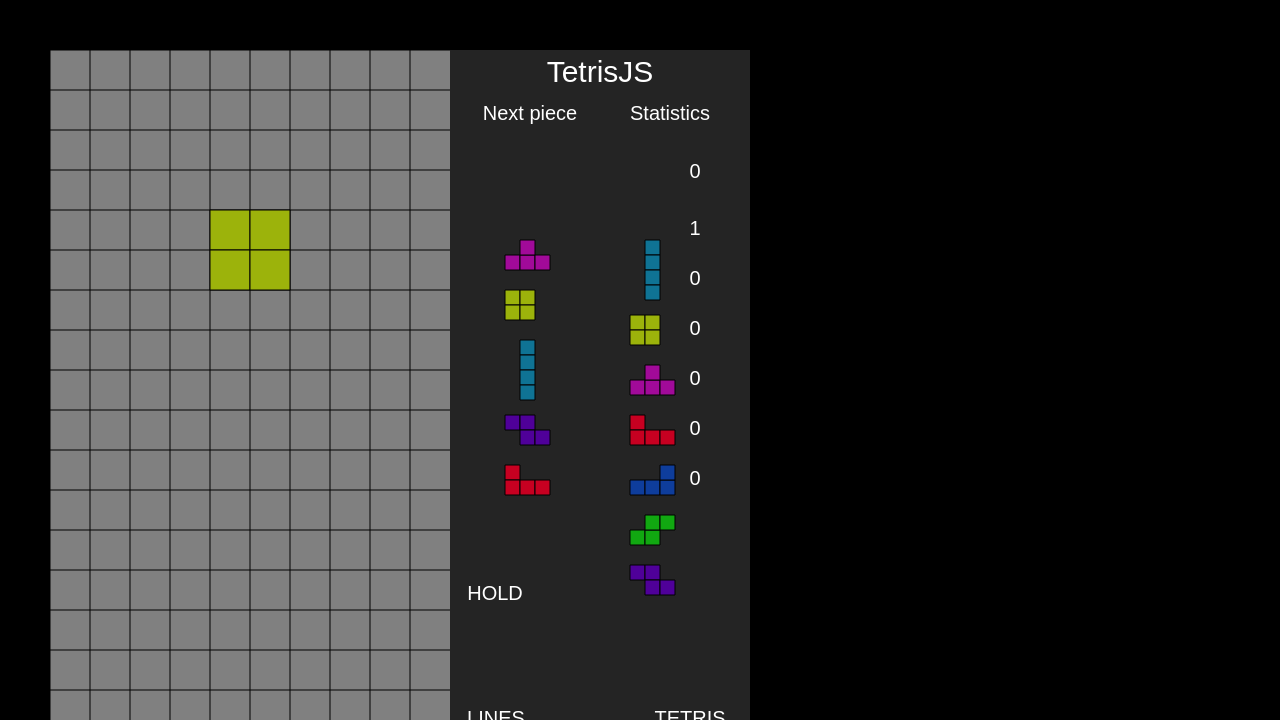
Repository: hosua/TetrisJS
Page: index.html
An editor plug-in stored every save of this project. The page is shown before and after the next save, followed by the edit.
The browser window is 1280 px wide. The pictures show the whole page.

Above is the page before, as saved 2023-11-08 04:48:22.
Console error: ReferenceError: prev_fall_tick is not defined

### index.html
<html lang="en">
	<link rel="stylesheet" href="style.css">
	<head>
		<meta charset="UTF-8" />
		<meta name="viewport" content="width=device-width, initial-scale=1.0" />
		<title>TetrisJS</title>
	</head>
	<body>
		<canvas id="background-canvas" width="700" height="800"></canvas>
		<canvas id="tetris-canvas" width="400" height="800"></canvas>

		<script type="module" src="./src/main.js"></script>
	</body>
</html>

### src/main.js
import { GFX, Tetris, Tetronimo, P_TYPE, KEY } from "./Tetris.js"

const FPS = 61;
const START_LEVEL = 0;
let interval = 1000 / FPS;
let prev_frame = 0;

let gfx = new GFX();
let tetris = new Tetris(START_LEVEL);

function handle_input(e) {
	let keycode = e.keyCode;
	switch (keycode) {
		case KEY.LEFT:
		case KEY.RIGHT:
		case KEY.DOWN:
			tetronimo.move(keycode, tetris);
			break;
		case KEY.C:
			tetronimo = tetris.hold_piece(tetronimo)
			break;
		case KEY.X:
		case KEY.Z:
			tetronimo.rotate(keycode, tetris);
			break;
		case KEY.SPACE:
			tetronimo.hard_drop(tetris,);
			break;
	}
	gfx.draw_all_game_elements(tetris.grid, tetronimo);
}

document.addEventListener('keydown', (e) => { return handle_input(e); });

let tetronimo = tetris.queue.shift();
tetris.piece_counter[tetronimo.type]++;

function game_loop(curr_time) {
	if (!tetris.check_gameover()) {
		gfx.draw_ui_all(tetris);
		let is_falling = true;
		const delta_frame_ms = curr_time - prev_frame;
		if (delta_frame_ms > interval) {
			prev_frame = curr_time - (delta_frame_ms % interval)

			if (!tetronimo.fall(tetris, curr_time, prev_fall_tick)) {
				tetris.held_this_turn = false;
				let lines_cleared_this_turn = tetris.clear_lines();
				if (lines_cleared_this_turn > 0) {
					tetris.score_keeper(lines_cleared_this_turn);
				}
			}
			gfx.draw_all_game_elements(tetris.grid, tetronimo);
		}
		if (!is_falling) {
			// grab a piece from queue and spawn a new one
			tetronimo = tetris.get_next_piece();
		}
	} else {
		gfx = new GFX();
		tetris = new Tetris();
	}
	requestAnimationFrame(game_loop)
}
gfx.draw_all_game_elements(tetris.grid, tetronimo);
gfx.draw_ui_all(tetris);
requestAnimationFrame(game_loop)

### src/Tetris.js
const bg_canvas = document.getElementById("background-canvas");
const tetris_canvas = document.getElementById("tetris-canvas");

const BG_COLOR = "#242424";
const FIELD_COLOR = "grey";
const PLAYFIELD_YMAX = 25;
const PLAYFIELD_XMAX = 10;
const Y_OFF = 5;

const DEFAULT_ORIGIN = [5, 10];

export const KEY = {
	SPACE: 32, 								// hard drop
	LEFT: 37, UP: 38, RIGHT: 39, DOWN: 40,  // move piece
	C: 67, 									// hold piece
	P: 80, 									// pause
	X: 88, 									// rotate right
	Z: 90, 									// rotate left
};

export const P_TYPE = {
	NONE: 0,
	I: 1, O: 2, T: 3, S: 4,
	Z: 5, J: 6, L: 7,
}

const P_COLORS = {
	[P_TYPE.I]: "#0f7394", [P_TYPE.O]: "#9cb30b", [P_TYPE.T]: "#a10a99",
	[P_TYPE.S]: "#11a811", [P_TYPE.Z]: "#4f0099", [P_TYPE.J]: "#c70021",
	[P_TYPE.L]: "#0e3d9c",
}

export class Tetronimo {
	constructor(piece_type) {
		this.type = piece_type;
		this.origin = [0, 0];
		this.blocks = Array(4).fill([0, 0]); // block positions relative to origin
		this.spawn_piece();
	}

	print() {
		console.log(this.origin);
		console.log(this.blocks);
	}

	// Since collision detection can usually be solved by checking mins and maxes, some helper methods
	// for getting them are implemented
	min_x() {
		let res = Number.MAX_SAFE_INTEGER;
		for (let block of this.blocks)
			res = Math.min(res, block[0] + this.origin[0]);
		return res;
	}

	max_x() {
		let res = Number.MIN_SAFE_INTEGER;
		for (let block of this.blocks)
			res = Math.max(res, block[0] + this.origin[0]);
		return res;
	}

	min_y() {
		let res = Number.MAX_SAFE_INTEGER;
		for (let block of this.blocks)
			res = Math.min(res, block[1] + this.origin[1]);
		return res;
	}

	max_y() {
		let res = Number.MIN_SAFE_INTEGER;
		for (let block of this.blocks)
			res = Math.max(res, block[1] + this.origin[1]);
		return res;
	}

	// check if valid move by making a copy of the tetronimo's new position and checking if there is
	// any overlap with the grid.
	// Returns true if the new move is valid
	check_move(grid, dx, dy) {
		for (let block of this.blocks) {
			let nx = this.origin[0] + dx + block[0];
			let ny = this.origin[1] + dy + block[1];
			if (grid[ny][nx] !== P_TYPE.NONE)
				return false;
		}
		return true;
	}

	spawn_piece() {
		this.origin = [...DEFAULT_ORIGIN];
		switch (this.type) {
			case P_TYPE.I:
				this.blocks = [[0, -1], [0, 0], [0, 1], [0, 2]];
				break;
			case P_TYPE.O:
				this.blocks = [[-1, -1], [-1, 0], [0, -1], [0, 0]];
				break;
			case P_TYPE.T:
				this.blocks = [[-1, 0], [0, 0], [1, 0], [0, -1]];
				break;
			case P_TYPE.S:
				this.blocks = [[-1, 0], [0, 0], [0, -1], [1, -1]];
				break;
			case P_TYPE.Z:
				this.blocks = [[-1, -1], [0, -1], [0, 0], [1, 0]];
				break;
			case P_TYPE.J:
				this.blocks = [[-1, -1], [-1, 0], [0, 0], [1, 0]];
				break;
			case P_TYPE.L:
				this.blocks = [[-1, 0], [0, 0], [1, 0], [1, -1]];
				break;
		}
	}

	// This will check the grid to see if the piece can fall down. If it can, it will move piece down once.
	// returns true if still falling
	fall(tetris, curr_time, prev_fall_tick) {
		let delta_ms = curr_time - prev_fall_tick;
		// only fall if enough time has elapsed
		if (delta_ms < tetris.fall_tick)
			return true;

		prev_fall_tick = curr_time - (delta_ms % tetris.fall_tick)

		let can_fall = true;
		for (let block of this.blocks) {
			let x = this.origin[0] + block[0];
			let y = this.origin[1] + block[1];
			// console.log(x, y);
			// check if min y pos is at bottom
			if (y === PLAYFIELD_YMAX - 1) { // at bottom
				can_fall = false;
			} else if (tetris.grid[y + 1][x] !== P_TYPE.NONE) { // if below piece is non-empty
				can_fall = false;
			}
			if (!can_fall)
				break;
		}


		if (can_fall) {
			// move down
			this.origin[1] += 1;
		} else {
			// set to tetris.grid
			for (let block of this.blocks) {
				let x = this.origin[0] + block[0];
				let y = this.origin[1] + block[1];
				tetris.grid[y][x] = this.type;
			}
		}

		return can_fall;
	}

	move(keycode, tetris) {

		switch (keycode) {
			case KEY.LEFT:
				if (this.min_x() > 0 && this.check_move(tetris.grid, -1, 0))
					this.origin[0]--;
				break;
			case KEY.DOWN:
				if (this.max_y() < PLAYFIELD_YMAX - 1 && this.check_move(tetris.grid, 0, +1)) {
					this.origin[1]++;
					tetris.score += 1; // This will add 1 extra point for every block hard/soft dropped.
				}
				break;
			case KEY.RIGHT:
				if (this.max_x() < PLAYFIELD_XMAX - 1 && this.check_move(tetris.grid, +1, 0))
					this.origin[0]++;
				break;
			case KEY.UP: // This should be removed when were no longer testing
				if (this.max_y() > 0 && this.check_move(tetris.grid, 0, -1))
					this.origin[1]--;
				break;
			default:
				console.log("Error: Move has wrong key: ", keycode);
				break;
		}
	}

	rotate(keycode, tetris) {
		// We cannot rotate O
		if (this.type === P_TYPE.O)
			return;

		// Returns the rotated version of the blocks.
		const get_rotated = (keycode) => {
			// This is a separate function because we want a copy of the rotated
			// piece before actually rotating it to check if the rotation overlaps
			// with another piece, or falls outside the boundaries of the tetris.grid.
			let rotated = this.blocks.map((coord) => { return coord.slice() }); // create hard copy
			if (keycode === KEY.Z) {
				for (let coord of rotated) {
					let x = coord[0];
					let y = coord[1];
					coord[0] = y;
					coord[1] = -x;
				}
			} else if (keycode === KEY.X) {
				for (let coord of rotated) {
					let x = coord[0];
					let y = coord[1];
					coord[0] = -y;
					coord[1] = x;
				}
			}
			return rotated;
		}

		let can_rotate = true;
		let rotated = get_rotated(keycode);
		for (let rot of rotated) {
			let rx = this.origin[0] + rot[0];
			let ry = this.origin[1] + rot[1];
			// first, check if rotated position is within the boundaries of the grid
			if (rx < 0 || rx >= PLAYFIELD_XMAX || ry < 0 || ry >= PLAYFIELD_YMAX) {
				can_rotate = false;
				break;
			}
			// second, check if the rotated position overlaps with any
			// other pieces already on the grid
			if (tetris.grid[ry][rx] !== P_TYPE.NONE) {
				can_rotate = false;
				break;
			}
		}
		if (can_rotate)
			this.blocks = rotated;
	}

	hard_drop(tetris) {
		while (this.fall(tetris, 0, tetris.fall_tick)) {
			this.move(KEY.DOWN, tetris);
		}
	}
}

// Actual Tetris Logic
export class Tetris {
	constructor(start_level = 0) {
		this.grid = Array(PLAYFIELD_YMAX).fill().map(
			() => Array(PLAYFIELD_XMAX).fill(P_TYPE.NONE)
		);
		this.piece_counter = { [P_TYPE.I]: 0, [P_TYPE.O]: 0, [P_TYPE.T]: 0, [P_TYPE.J]: 0, [P_TYPE.L]: 0, [P_TYPE.S]: 0, [P_TYPE.Z]: 0 }

		this.score = 0;
		this.level = start_level;
		this.lines_until_level_up = 10;
		this.lines_cleared = 0;
		this.tetris_count = 0;
		this.fall_tick = 0; // ms per grid
		this.update_fall_speed();

		this.queue = [];
		this.populate_queue()

		this.hold = null;
		this.held_this_turn = false;
	}

	get_next_piece() {
		let tetronimo = this.queue.shift();
		this.queue.push(this.spawn_rand_piece());
		this.piece_counter[tetronimo.type]++;
		return tetronimo;
	}

	populate_queue(n = 10) {
		this.queue = [];
		for (let i = 0; i < n; i++)
			this.queue.push(this.spawn_rand_piece())
	}

	// If any pieces land above where the game renders, it's game over
	check_gameover() {
		for (let y = 2; y < 4; y++) {
			for (let x = 0; x < PLAYFIELD_XMAX; x++) {
				if (this.grid[y][x] !== P_TYPE.NONE) {
					console.log("Game over!");
					return true;
				}
			}
		}
		return false;
	}

	spawn_rand_piece() {
		let rand_type = Math.round(Math.random() * (P_TYPE.L - 1) + 1);
		return new Tetronimo(rand_type);
	}

	hold_piece(tetronimo) {
		if (!this.held_this_turn) {
			this.held_this_turn = true;
			tetronimo.origin = [...DEFAULT_ORIGIN];
			if (!this.hold) {
				console.log("Storing in hold")
				this.hold = tetronimo;
				tetronimo = this.get_next_piece();
			} else {
				console.log("swapping for hold")
				const temp = this.hold;
				this.hold = tetronimo;
				tetronimo = temp;
			}
		}
		return tetronimo;
	}

	// checks and clears all full lines, returns how many lines were cleared
	clear_lines() {
		let lines_cleared = 0;
		// Do a downward scan to see if line is full
		for (let y = 5; y < PLAYFIELD_YMAX; y++) {
			let is_full = true;

			// scan the line
			for (let x = 0; x < PLAYFIELD_XMAX; x++) {
				if (this.grid[y][x] === P_TYPE.NONE) {
					is_full = false;
					break;
				}
			}

			if (is_full) {
				console.log(`Detected full line at ${y}`);
				// clear the current line
				for (let x = 0; x < PLAYFIELD_XMAX; x++) {
					this.grid[y][x] = P_TYPE.NONE;
				}
				// shift all lines above from current y coordinate down 1
				for (let yy = y; yy >= 5; yy--) {
					this.grid[yy] = this.grid[yy - 1]
				}
				lines_cleared++; // will be used for scoring when it's implemented
			}
		}
		return lines_cleared;
	}

	// keeps track of lines cleared, tetrises, and score, also handles level up when they should happen
	score_keeper(lines_cleared) {
		this.lines_cleared += lines_cleared;
		if (lines_cleared == 4)
			this.tetris_count++;

		// n = level
		// 1 line 		2 line 			3 line 			4 line
		// 40 * (n + 1)	100 * (n + 1)	300 * (n + 1)	1200 * (n + 1)
		switch (lines_cleared) {
			case 1:
				this.score += 40 * (this.level + 1);
				break;
			case 2:
				this.score += 100 * (this.level + 1);
				break;
			case 3:
				this.score += 300 * (this.level + 1);
				break;
			case 4:
				this.score += 1200 * (this.level + 1);
				break;
		}

		this.lines_until_level_up -= lines_cleared;
		console.log(`lines until level up: ${this.lines_until_level_up}`)
		if (this.lines_until_level_up <= 0) {
			this.lines_until_level_up += 10;
			this.level++;
			this.update_fall_speed();
		}
	}

	// When level up happens, speed up the fall speed.
	update_fall_speed() {
		if (this.level < 9)
			this.fall_tick = (48 - (5 * (this.level + 1))) * 61;
		else if (this.level == 9)
			this.fall_tick = 6 * 61;
		else if (this.level < 13)
			this.fall_tick = 5 * 61;
		else if (this.level < 16)
			this.fall_tick = 4 * 61;
		else if (this.level < 16)
			this.fall_tick = 3 * 61;
		else if (this.level < 19)
			this.fall_tick = 2 * 61;
		else
			this.fall_tick = 1 * 61;
	}
}

// Tetronimo objects for drawing UI
const TET_UI = [
	new Tetronimo(P_TYPE.I),
	new Tetronimo(P_TYPE.O),
	new Tetronimo(P_TYPE.T),
	new Tetronimo(P_TYPE.J),
	new Tetronimo(P_TYPE.L),
	new Tetronimo(P_TYPE.S),
	new Tetronimo(P_TYPE.Z),
]

export class GFX {
	constructor() {
		bg_canvas.style.position = "absolute";
		tetris_canvas.style.position = "absolute";
		bg_canvas.style.top = "50";
		bg_canvas.style.left = "50";
		tetris_canvas.style.top = "50";
		tetris_canvas.style.left = "50";
		this.ui_offset = tetris_canvas.width;
		this.ui_width = bg_canvas.width - tetris_canvas.width;
	}


	draw_playfield() {
		const ctx = tetris_canvas.getContext("2d");
		ctx.fillStyle = FIELD_COLOR;
		ctx.fillRect(0, 0, tetris_canvas.width, tetris_canvas.height);
	}

	draw_gridlines() {
		const ctx = tetris_canvas.getContext("2d");
		const horiz_inc = tetris_canvas.height / 20;
		const vert_inc = tetris_canvas.width / 10;

		// Draw horizontal lines
		for (let y = 0; y < tetris_canvas.height; y += horiz_inc) {
			ctx.beginPath();
			ctx.moveTo(0, y);
			ctx.lineTo(tetris_canvas.width, y);
			ctx.stroke();
		}
		// Draw vertical lines
		for (let x = 0; x < tetris_canvas.width; x += vert_inc) {
			ctx.beginPath();
			ctx.moveTo(x, 0);
			ctx.lineTo(x, tetris_canvas.height);
			ctx.stroke();
		}
	}

	// Draw the actual pieces and shit on the 2d grid (except the piece currently in motion)
	draw_grid_elements(grid) {
		const ctx = tetris_canvas.getContext("2d");
		const horiz_inc = tetris_canvas.height / 20;
		const vert_inc = tetris_canvas.width / 10;

		for (let y = PLAYFIELD_YMAX - 1; y >= PLAYFIELD_YMAX - 20; y--) {
			for (let x = 0; x < PLAYFIELD_XMAX; x++) {
				// dx, dy are drawing coords
				let dx = x * horiz_inc;
				let dy = (y - Y_OFF) * vert_inc;
				if (grid[y][x] != P_TYPE.NONE) {
					ctx.fillStyle = P_COLORS[grid[y][x]];
					ctx.beginPath();
					ctx.rect(dx, dy, horiz_inc, vert_inc);
					ctx.fill();
					ctx.stroke();
				}
			}
		}
	}

	// this will draw the tetronimo in motion
	// We are avoiding putting the tetronimo on the actual grid until it lands, this way we don't
	// have to handle creating and destroying the blocks every time it shifts down once.
	draw_falling_tetronimo(tetronimo) {
		const ctx = tetris_canvas.getContext("2d");
		const horiz_inc = tetris_canvas.height / 20;
		const vert_inc = tetris_canvas.width / 10;

		let origin = tetronimo.origin;
		let blocks = tetronimo.blocks;
		let p_type = tetronimo.type;

		ctx.fillStyle = P_COLORS[p_type];
		for (let block of blocks) {
			let dx = (origin[0] + block[0]) * horiz_inc;
			let dy = (origin[1] + block[1] - Y_OFF) * vert_inc;
			ctx.beginPath();
			ctx.rect(dx, dy, horiz_inc, vert_inc);
			ctx.fill();
			ctx.stroke();
		}
	}

	draw_all_game_elements(grid, tetronimo) {
		// this.draw_background();
		this.draw_playfield();
		this.draw_grid_elements(grid);
		this.draw_gridlines();
		this.draw_falling_tetronimo(tetronimo);
	}

	/* UI drawing methods below */

	draw_ui_all(tetris) {
		this.draw_ui_background();
		this.draw_ui_text("TetrisJS", 30, this.ui_offset + (this.ui_width / 2), 32);
		this.draw_ui_stats(tetris.piece_counter);
		this.draw_ui_queue(tetris);
		this.draw_held_piece(tetris);
		this.draw_ui_text("Made by Hoswoo", 20, this.ui_offset + (this.ui_width / 2), bg_canvas.height - 15);
		this.draw_ui_score(tetris);
		this.draw_ui_level(tetris);
		this.draw_lines_cleared(tetris);
	}

	draw_ui_background() {
		const ctx = bg_canvas.getContext("2d");
		ctx.fillStyle = BG_COLOR;
		ctx.fillRect(0, 0, bg_canvas.width, bg_canvas.height);
	}

	draw_ui_mini_piece(tetronimo, x, y) {
		const ctx = bg_canvas.getContext("2d");
		const dim = 15;
		const x_off = -100;
		const y_off = -625;

		let origin = tetronimo.origin;
		let blocks = tetronimo.blocks;
		let p_type = tetronimo.type;

		ctx.fillStyle = P_COLORS[p_type];

		for (let block of blocks) {
			let dx = x + x_off + (origin[0] + block[0]) * dim;
			let dy = y + y_off + (origin[1] + block[1]) * dim;
			ctx.beginPath();
			ctx.rect(dx, dy, dim, dim);
			ctx.fill();
			ctx.stroke();
		}
	}

	draw_ui_text(text, size, x, y) {
		const ctx = bg_canvas.getContext("2d");
		ctx.font = size.toString() + "px Arial";
		ctx.textAlign = "center";
		ctx.fillStyle = "white";
		ctx.fillText(text, x, y);
	}

	draw_ui_queue(tetris, count = 5) { // Draw 'count' next pieces
		let x = this.ui_offset + 80;
		let y = this.ui_offset + 280;
		let y_inc = 50;

		this.draw_ui_text("Next piece", 20, x, 70);
		for (let i = 0; i < count; i++) {
			let piece = tetris.queue[i];
			this.draw_ui_mini_piece(piece, x + 15, y);
			if (piece.type == P_TYPE.I)
				y += 25;
			y += y_inc;
		}
	}

	draw_ui_stats(piece_counter) {
		let x = this.ui_offset + 220;
		let x_gap = 25;
		let y = this.ui_offset + 355;
		let y_inc = 50;
		let i_piece = TET_UI[0];

		this.draw_ui_text("Statistics", 20, x, 70);
		this.draw_ui_mini_piece(i_piece, x, this.ui_offset + 280);
		this.draw_ui_text(piece_counter[P_TYPE.I].toString(), 20, x + x_gap, 128);

		let dy = 185;
		let dy_inc = 50;
		for (let i = 1; i < TET_UI.length; i++) {
			let piece = TET_UI[i];
			this.draw_ui_mini_piece(piece, x, y);
			this.draw_ui_text(piece_counter[piece.type], 20, x + x_gap, dy);
			y += y_inc;
			dy += dy_inc;
		}
	}

	draw_ui_score(tetris) {
		let x = this.ui_offset + 100;
		let y = 725;
		let y_inc = 25;
		this.draw_ui_text(`SCORE`, 20, x - 48, y);
		this.draw_ui_text(`${tetris.score.toString().padStart(10, '0')}`, 30, x, y + y_inc);
	}

	draw_ui_level(tetris) {
		let x = this.ui_offset + 285;
		let y = 725;
		let y_inc = 25;
		this.draw_ui_text(`LEVEL`, 20, x - 48, y);
		this.draw_ui_text(`${tetris.level.toString().padStart(2, '0')}`, 30, x - 65, y + y_inc);
	}

	draw_lines_cleared(tetris) { // also displays tetris count
		let x = this.ui_offset + 100;
		let y = 675;
		let y_inc = 25;
		this.draw_ui_text(`LINES`, 20, x - 54, y);
		this.draw_ui_text(`${tetris.lines_cleared.toString().padStart(3, '0')} `, 30, x - 54, y + y_inc);
		this.draw_ui_text(`TETRIS`, 20, x + 140, y)
		this.draw_ui_text(`${tetris.tetris_count.toString().padStart(3, '0')}`, 30, x + 130, y + y_inc);
	}

	draw_held_piece(tetris) {
		let x = this.ui_offset + 100;
		let y = 1140;
		this.draw_ui_text(`HOLD`, 20, x - 55, 550);
		if (tetris.hold)
			this.draw_ui_mini_piece(tetris.hold, x - 38, 1140)
	}
}

Loaded but not shown: style.css (common file)

After the next save:
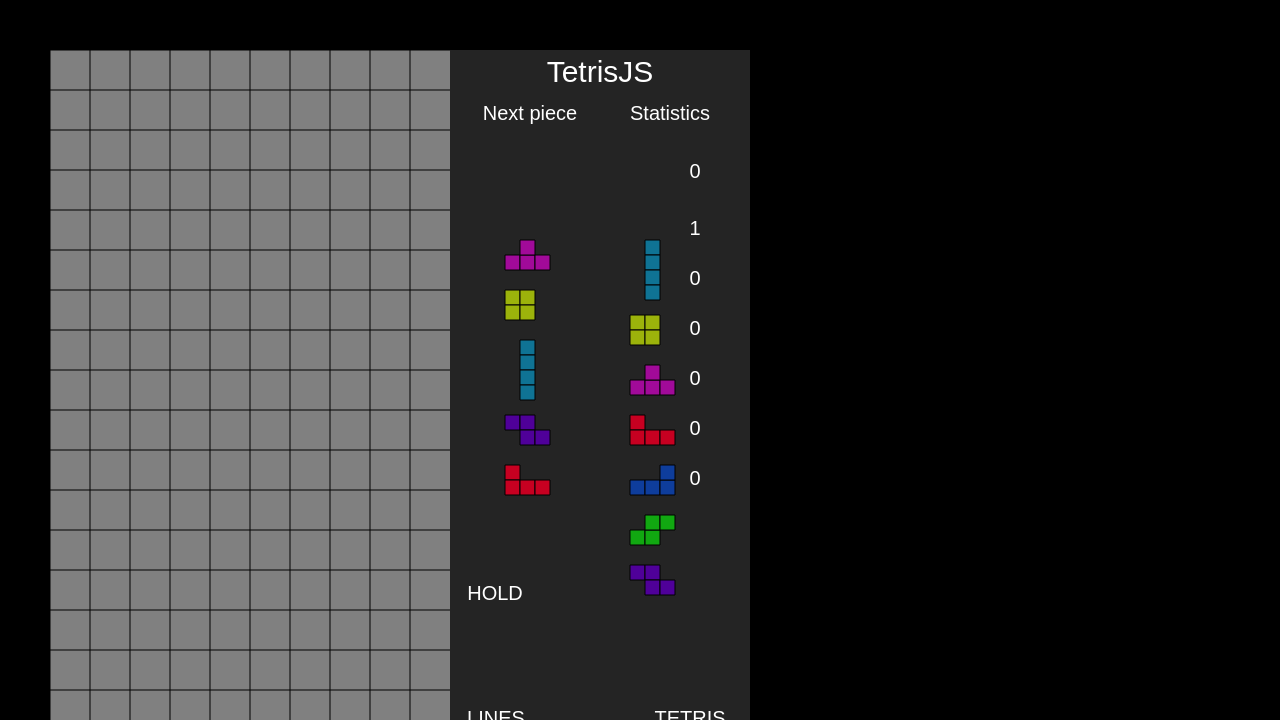
The error is gone.
Saved 6 s later.
--- a/src/main.js
+++ b/src/main.js
@@ -4,6 +4,7 @@
 const START_LEVEL = 0;
 let interval = 1000 / FPS;
 let prev_frame = 0;
+let prev_fall_tick = 0;
 
 let gfx = new GFX();
 let tetris = new Tetris(START_LEVEL);
